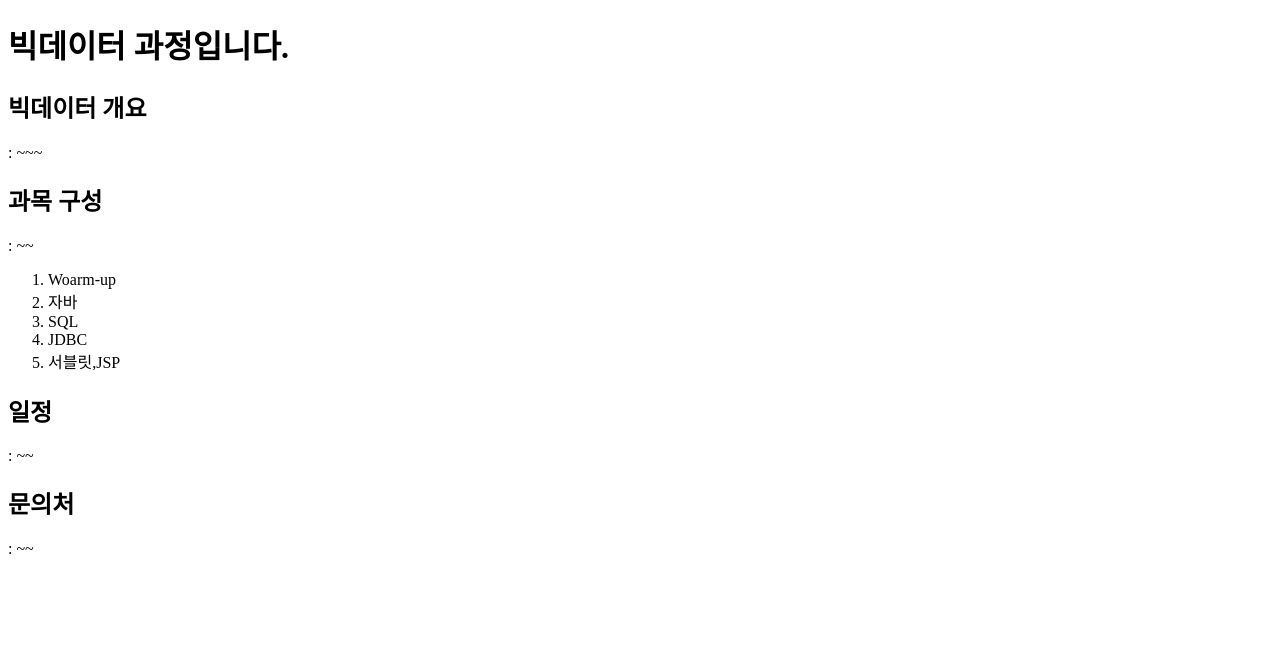
Repository: ybshim90/sesac1
Page: day_20211216_03_hello/src/main/webapp/hello.html
The author's editor kept a copy of each file at every save. The page is drawn from the files as they stood at one save, then again after the next save.
The browser window is 1280 px wide. The pictures show the whole page.

Above is the page before, as saved 2021-12-16 07:43:15.

After the next save:
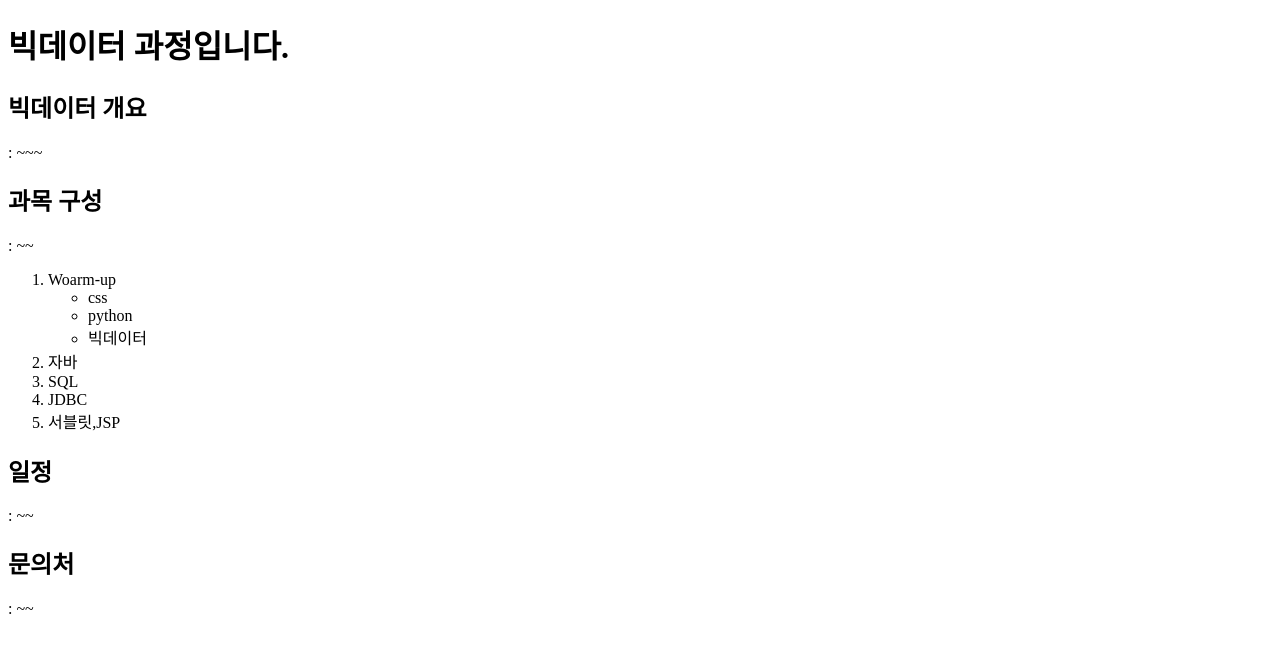
Saved 2 min 20 s later.
--- a/day_20211216_03_hello/src/main/webapp/hello.html
+++ b/day_20211216_03_hello/src/main/webapp/hello.html
@@ -10,6 +10,11 @@
 		<h2>과목 구성</h2> : ~~
 		<ol>
 			<li>Woarm-up</li>
+				<ul>
+					<li>css</li>
+					<li>python</li>
+					<li>빅데이터</li>
+				</ul>
 			<li>자바</li>
 			<li>SQL</li>
 			<li>JDBC</li>
